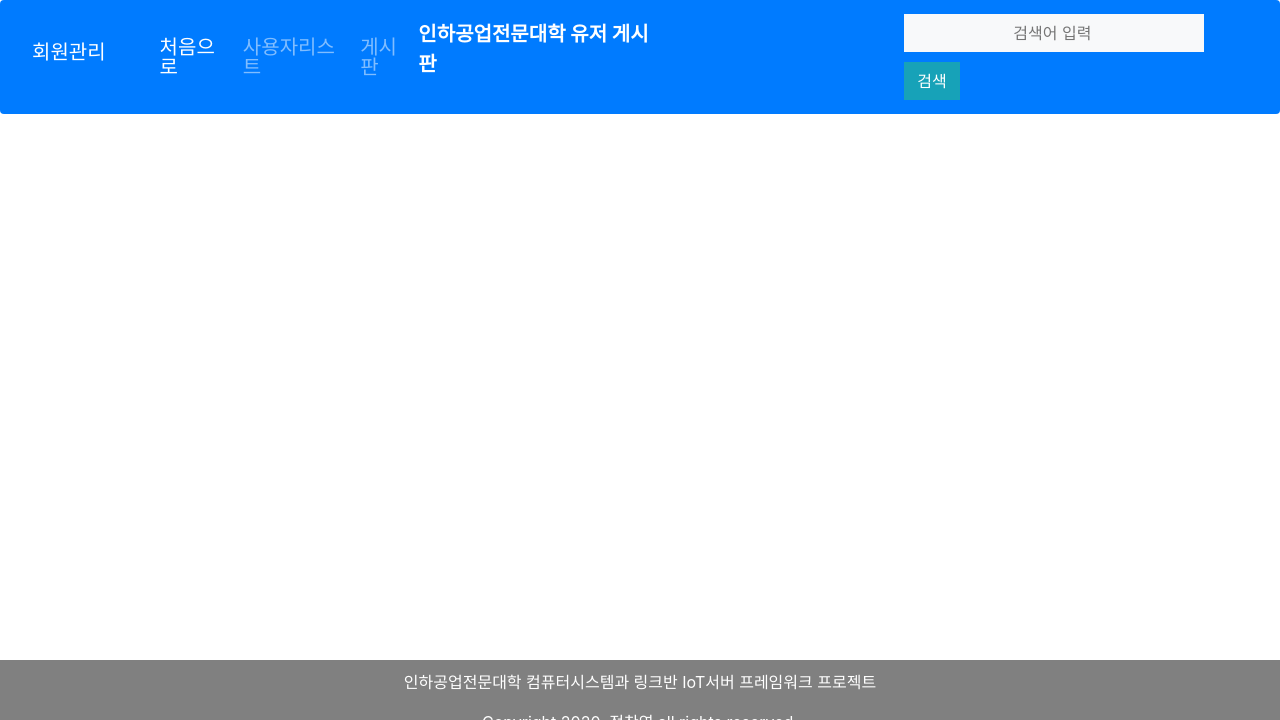
Repository: 201645032/IoTServerFrameWork
Page: http://localhost/layout/default
These files come from the project's save history. The page is drawn as it stood at one moment and after the next save; the edit follows.
The browser window is 1280 px wide. The pictures show the whole page.
Some web fonts or font styles are not loaded; a fallback is used. The page is this project's Thymeleaf template; nobody is signed in. The template is opened directly, without the code that normally fills it, so the values that code supplies are empty.

Above is the page before, as saved 2020-06-11 05:55:05.

After the next save:
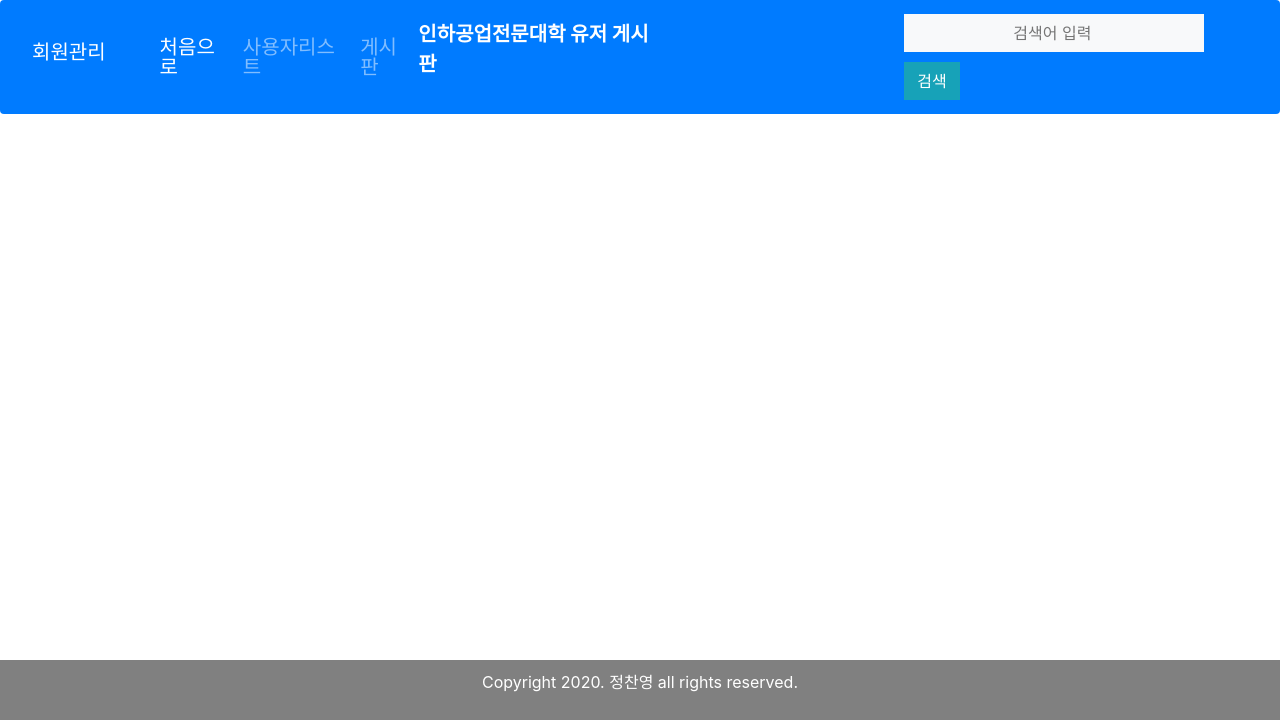
Saved 9 s later.
--- a/MyProject/src/main/resources/templates/fragments/footer.html
+++ b/MyProject/src/main/resources/templates/fragments/footer.html
@@ -4,7 +4,6 @@
 <footer th:fragment="footerFragment">
 
     <div class = "my_footer">
-    	<p>인하공업전문대학 컴퓨터시스템과 링크반 IoT서버 프레임워크 프로젝트</p>
         <p>Copyright 2020. 정찬영 all rights reserved.</p>
     </div>
 
